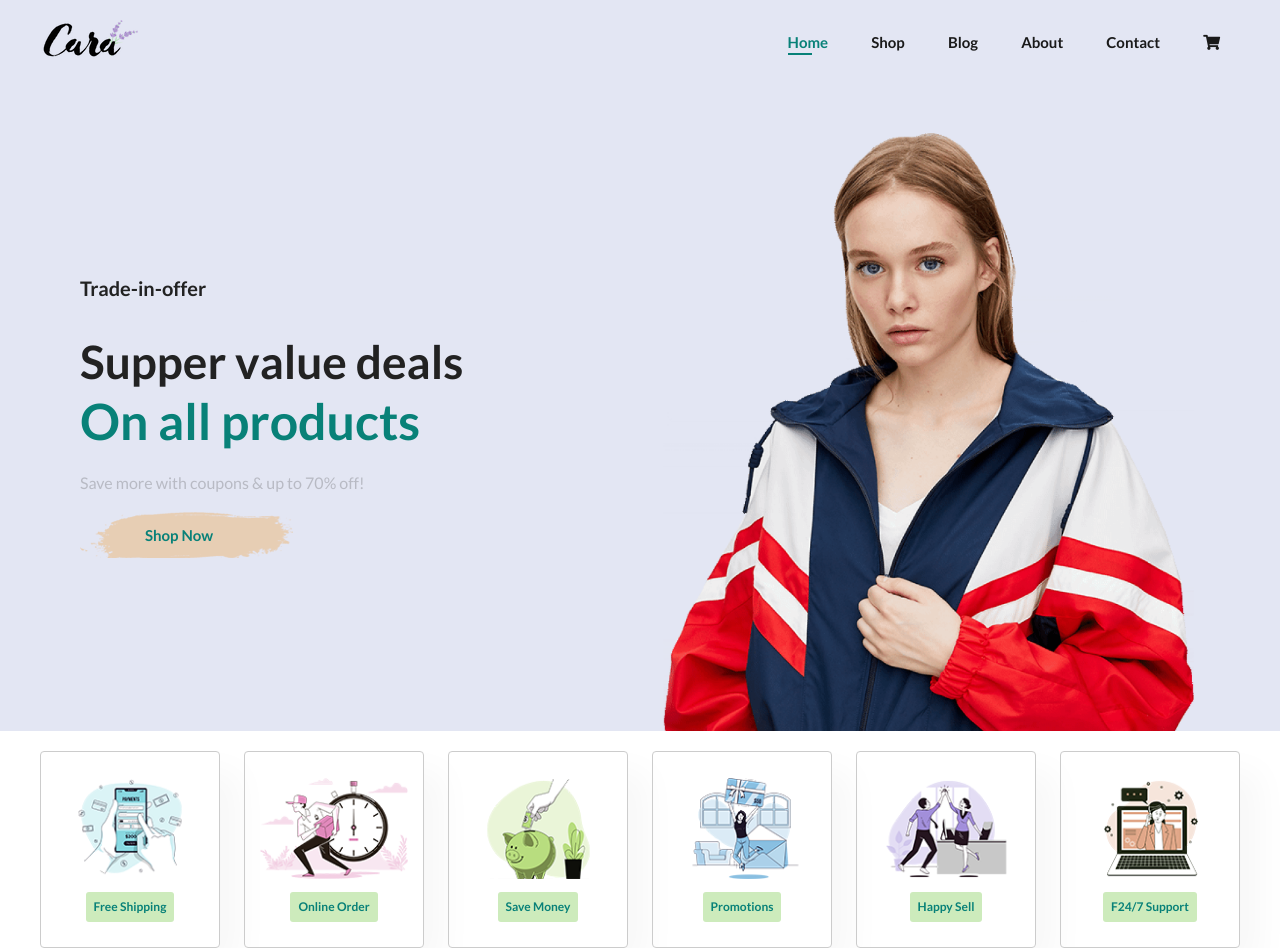
Repository: Nguyenductuan-dev/Website-Clothes
Page: index.html
An editor plug-in stored every save of this project. The page is shown before and after the next save, followed by the edit.
The browser window is 1280 px wide. The pictures show the whole page.

Above is the page before, as saved 2022-04-26 00:20:25.

After the next save:
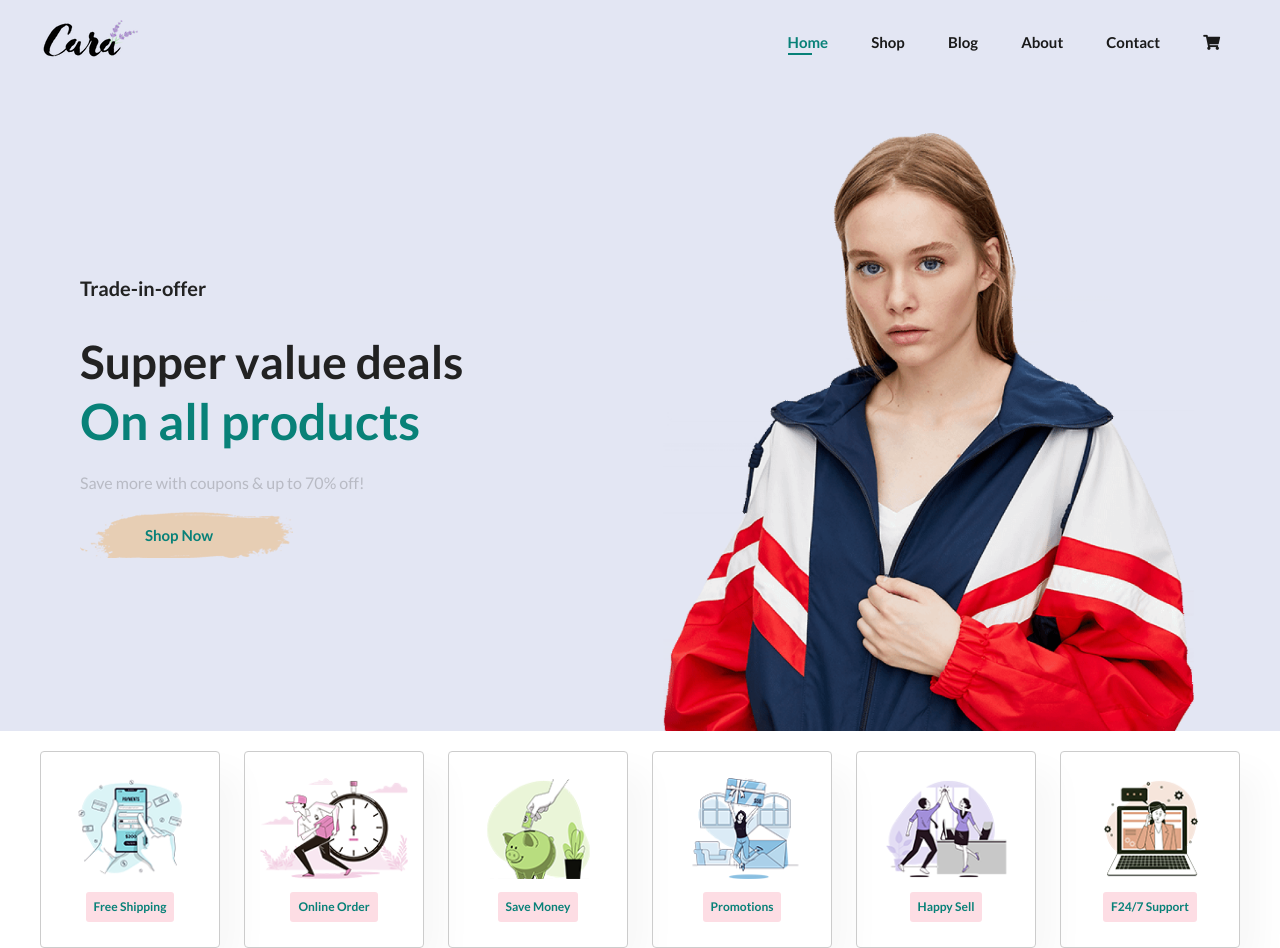
Saved 17 s later.
--- a/assets/css/style.css
+++ b/assets/css/style.css
@@ -153,18 +153,18 @@ body {
     background-color: #fddde4;
     display: inline-block;
 }
-.feature__title:nth-child(2) {
+..feature__box:nth-child(2) {
     background-color: #cdebbc;
 }
-.feature__title:nth-child(3) {
+..feature__box:nth-child(3) {
     background-color: #d1e8f2;
 }
-.feature__title:nth-child(4) {
+..feature__box:nth-child(4) {
     background-color: #cdd4f8;
 }
-.feature__title:nth-child(5) {
+..feature__box:nth-child(5) {
     background-color: #f6dbf6;
 }
-.feature__title:nth-child(6) {
+..feature__box:nth-child(6) {
     background-color: #fff2e5;
 }
